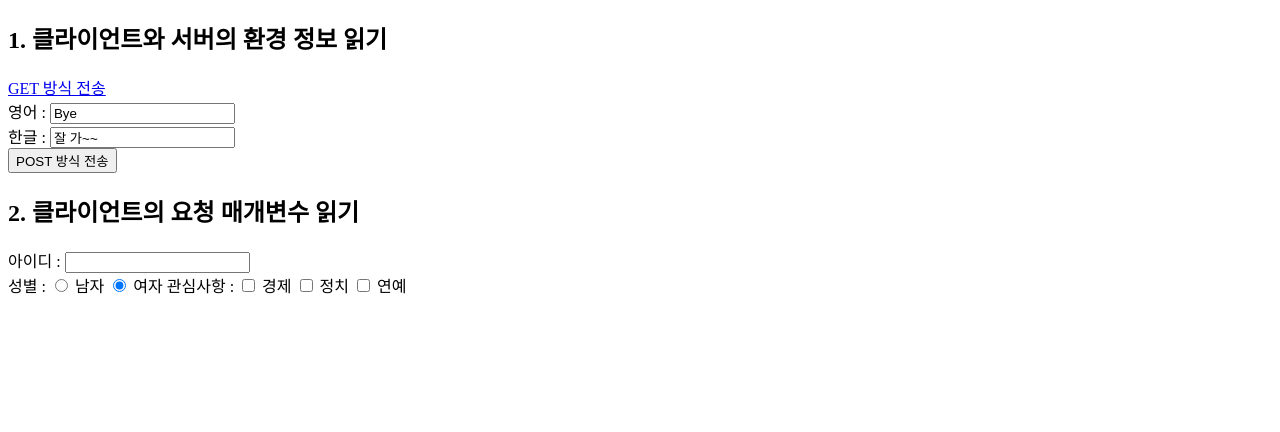
Repository: achul1026/jspStudy
Page: http://localhost/MustHaveJSP/02ImplicitObject/RequestMain.jsp
The author's editor kept a copy of each file at every save. The page is drawn from the files as they stood at one save, then again after the next save.
The browser window is 1280 px wide. The pictures show the whole page.
The page is served by Tomcat 9. Other server files are loaded and not shown.

Above is the page before, as saved 2022-09-21 12:12:11.

### MustHaveJSP/src/main/webapp/02ImplicitObject/RequestMain.jsp
<%@ page language="java" contentType="text/html; charset=EUC-KR"
    pageEncoding="UTF-8"%>
<!DOCTYPE html>
<html>
<head>
<meta charset="UTF-8">
<title>내장 객체 - request</title>
</head>
<body>
	<h2>1. 클라이언트와 서버의 환경 정보 읽기</h2>
	<a href="./RequestWebInfo.jsp?eng=Hello&han=안녕">
		GET 방식 전송
	</a>
	<br>
	<form action="RequestWebInfo.jsp" method="post">
		영어 : <input type="text" name="eng" value="Bye">
		<br>
		한글 : <input type="text" name="han" value="잘 가~~">
		<br>
		<input type="submit" value="POST 방식 전송">
	</form>

	<h2>2. 클라이언트의 요청 매개변수 읽기</h2>
	<form method="post" action="RequestParameter.jsp">
		아이디 : <input type="text" name="id" value="">
		<br>
		성별 : <input type="radio" name="sex" value="man"> 남자
		<input type="radio" name="sex" value="woman" checked="checked"> 여자
		관심사항 :
		<input type="checkbox" name="favo" value="eco"> 경제
		<input type="checkbox" name="favo" value="pol"> 정치
		<input type="checkbox" name="favo" value="ent"> 연예<br>

	</form>
</body>
</html>

After the next save:
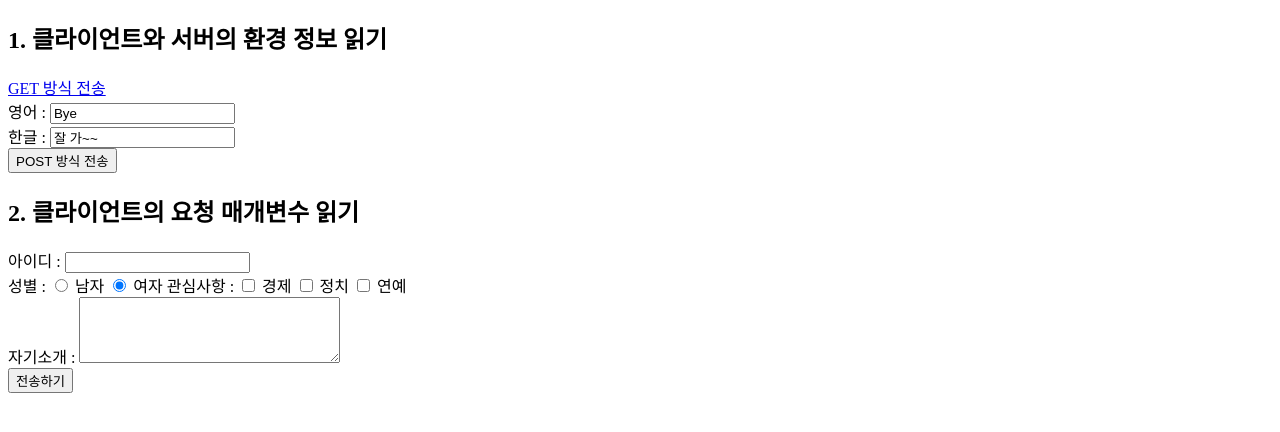
Saved 62 s later.
--- a/MustHaveJSP/src/main/webapp/02ImplicitObject/RequestMain.jsp
+++ b/MustHaveJSP/src/main/webapp/02ImplicitObject/RequestMain.jsp
@@ -30,7 +30,10 @@
 		<input type="checkbox" name="favo" value="eco"> 경제
 		<input type="checkbox" name="favo" value="pol"> 정치
 		<input type="checkbox" name="favo" value="ent"> 연예<br>
-
+		자기소개 :
+		<textarea name="intro" cols="30" rows="4"></textarea>
+		<br>
+		<input type="submit" value="전송하기">
 	</form>
 </body>
 </html>
